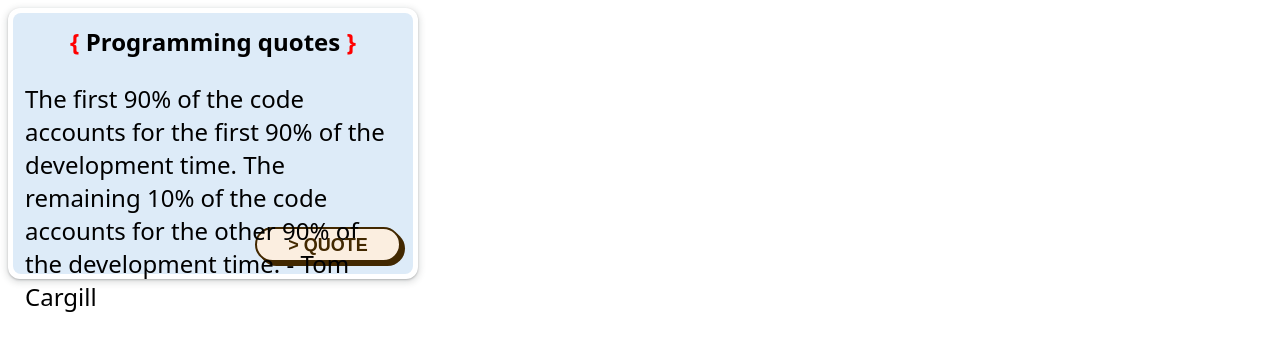
Repository: JasonMorta/programingQuotes-chromeExtension
Page: popup.html
An editor plug-in stored every save of this project. The page is shown before and after the next save, followed by the edit.
The browser window is 1280 px wide. The pictures show the whole page.

Above is the page before, as saved 2023-05-07 14:10:25.

### popup.html
<!DOCTYPE html>
<html lang="en">

<head>
   <meta charset="UTF-8">
<link rel="stylesheet" href="./content.css">
   <meta http-equiv="X-UA-Compatible" content="IE=edge">
   <link rel="stylesheet" href="./buttonStyle.css">
    <script src="./quitesArray.js"></script>

   <meta name="viewport" content="width=device-width, initial-scale=1.0">
   <title>Document</title>

</head>


<body>


 <section class="gee_chat_container">
    <div class="box-container-inner">
      <h1><span>{ </span>Programming quotes <span>}</span></h1>
      <p  class="para"></p>
      <button class="button-74 getQuote" role="button">> QUOTE</button>
    </div>
  </section>





 <script src="./content.js"></script>
</body>

</html>

### content.css
.gee_chat_container {
    box-shadow: 0 1px 2px 0 rgb(60 64 67 / 30%), 0 2px 6px 2px rgb(60 64 67 / 15%);
    max-width: 550px;
    width: 400px;
    border-radius: 12px;
    margin-top: 0;
    padding: 5px;
    position: relative;
    background-color: #fff;

  }

  .box-container {
      border-color: var(--elevation-border-color);
      box-shadow: 0 1px 2px 0 rgb(60 64 67 / 30%), 0 2px 6px 2px rgb(60 64 67 / 15%);
      max-width: 550px;
      width: 400px;
      border-radius: 12px;
      margin-top: 0;
      padding: 5px;
      position: relative;
      background-color: #fff;
    }

    .box-container-inner {
      padding: 0.75rem;
      border-radius: 8px;
      background-color: #ddebf8;
    }

    .box-container-inner h1 {
        font-family: system-ui, -apple-system, BlinkMacSystemFont, "Segoe UI", Roboto, Ubuntu, "Helvetica Neue", sans-serif;
        margin: 0px;
        text-align: center;
    }

    .box-container-inner span {
        color: red;
    }


.para {
    font-size: x-large;
    height: 100px;
    font-family: system-ui, -apple-system, BlinkMacSystemFont, "Segoe UI", Roboto, Ubuntu, "Helvetica Neue", sans-serif;
}

### buttonStyle.css

.button-74 {
    background-color: #fbeee0;
    border: 2px solid #422800;
    border-radius: 30px;
    box-shadow: #422800 4px 4px 0 0;
    color: #422800;
    cursor: pointer;
    font-weight: 600;
    font-size: 18px;
    height: 35px;
    width: 146px;
    padding: 0 15px;
    margin-top: 45px;
    line-height: 50px;
    text-align: center;
    text-decoration: none;
    user-select: none;
    -webkit-user-select: none;
    touch-action: manipulation;
    display: flex;
    flex-direction: column;
    justify-content: center;
    align-items: center;
    margin-left: auto;
}

.button-74:hover {
  background-color: #fff;
}

.button-74:active {
  box-shadow: #422800 2px 2px 0 0;
  transform: translate(2px, 2px);
}

### quitesArray.js
const motivationalQuotes = [
    "The most disastrous thing that you can ever learn is your first programming language. - Alan Kay",
    "You are not a computer programmer, you are a problem solver. - Anonymous",
    "First, solve the problem. Then, write the code. - John Johnson",
    "Code is like humor. When you have to explain it, it’s bad. - Cory House",
    "The sooner you start to code, the longer the program will take. - Roy Carlson",
    "You might not think that programmers are artists, but programming is an extremely creative profession. - John Romero",
    "Programmers are constantly making things more complicated than they need to be because future-proofing is impossible. - Edsger W. Dijkstra",
    "One of the best programming skills you can have is knowing when to walk away for a while. - Oscar Godson",
    "The best code is the code never written. - Anonymous",
    "If you don’t understand how to run an operating system, you shouldn’t be a programmer. - Richard Stallman",
    "It's not at all important to get it right the first time. It's vitally important to get it right the last time. - Andrew Hunt and David Thomas",
    "The goal of a programmer is to simplify the complexity of a problem. - Anonymous",
    "Coding is not just code, that is a live thing to share your life with. - Anonymous",
    "The only way to do great work is to love what you do. - Steve Jobs",
    "Sometimes the best way to learn is to just dive in. - Jon Bonne",
    "The code you write makes you a programmer. The code you delete makes you a good one. - Mario Fusco",
    "Programs must be written for people to read, and only incidentally for machines to execute. - Harold Abelson and Gerald Jay Sussman",
    "We build our computer systems the way we build our cities: over time, without a plan, on top of ruins. - Ellen Ullman",
    "Any fool can write code that a computer can understand. Good programmers write code that humans can understand. - Martin Fowler",
    "To be a programmer is to develop a carefully managed relationship with error. - Ellen Ullman",
    "The best way to learn to code is to code. - Anonymous",
    "Don't worry if it doesn't work right. If everything did, you'd be out of a job. - Mosher's Law of Software Engineering",
    "Sometimes it pays to stay in bed on Monday, rather than spending the rest of the week debugging Monday’s code. - Dan Salomon",
    "There's nothing more permanent than a temporary hack. - Kyle Simpson",
    "The only code worth writing is code that makes your life easier. - Kent Beck",
    "It’s not about what you know, it’s about what you can figure out. - Anonymous",
    "Programming can be fun, so can cryptography; however, they should not be combined. - Kreitzberg and Shneiderman",
    "Walking on water and developing software from a specification are easy if both are frozen. - Edward V. Berard",
    "If you want to be a better programmer, write more code. - Anonymous",
    "Java is to JavaScript as car is to carpet. - Chris Heilmann",
    "Controlling complexity is the essence of computer programming. - Brian Kernighan",
    "Good code is short, simple, and symmetrical - the challenge is figuring out how to get there. - Sean Parent",
    "The most important skill for a programmer is to be able to effectively communicate. - Anonymous",
    "Programs are meant to be read by humans and only incidentally for computers to execute. - Harold Abelson",
    "If you think math is hard, try programming. - Anonymous",
    "Before software can be reusable, it first has to be usable. - Ralph Johnson",
    "If debugging is the process of removing software bugs, then programming must be the process of putting them in. - Edsger Dijkstra",
    "The computer was born to solve problems that did not exist before. - Bill Gates",
    "It's not that I'm so smart, it's just that I stay with problems longer. - Albert Einstein",
    "The best error message is the one that never shows up. - Thomas Fuchs",
    "The best code is no code. - Jeff Atwood",
    "There are only two industries that refer to their customers as 'users'. - Edward Tufte",
    "The trouble with programmers is that you can never tell what a programmer is doing until it’s too late. - Seymour Cray",
    "Talk is cheap. Show me the code. - Linus Torvalds",
    "The difference between theory and practice is that in theory, there is no difference between theory and practice. - Richard Moore",
    "If you optimize everything, you will always be unhappy. - Donald Knuth",
    "A program that produces incorrect results twice as fast is infinitely slower. - John Osterhout",
    "You can’t have great software without a great team, and most software teams behave like dysfunctional families. - Jim McCarthy",
    "If at first you don't succeed, try, try, try again. Then quit. There's no point in being a damn fool about it. - W.C. Fields",
    "If you don’t know what to do, call the debugger. - Anonymous",
    "Make it work, make it right, make it fast. - Kent Beck",
    "I'm not a great programmer; I'm just a good programmer with great habits. - Kent Beck",
    "The best way to predict the future is to invent it. - Alan Kay",
    "Measuring programming progress by lines of code is like measuring aircraft building progress by weight. - Bill Gates",
    "Code never lies, comments sometimes do. - Ron Jeffries",
    "Simplicity is the ultimate sophistication. - Leonardo da Vinci",
    "It's not a bug - it's an undocumented feature. - Anonymous",
    "Programs must be written for people to read, and only incidentally for machines to execute. - Harold Abelson",
    "Computers are good at following instructions, but not at reading your mind. - Donald Knuth",
    "Programming is the art of telling a computer what to do through a series of instructions. - Anonymous",
    "To iterate is human, to recurse divine. - L. Peter Deutsch",
    "Good code is its own best documentation. As you’re about to add a comment, ask yourself, ‘How can I improve the code so that this comment isn’t needed?’ - Steve McConnell",
    "A program is never less than 90% complete, and never more than 95% complete. - Terry Baker",
    "A good programmer is someone who always looks both ways before crossing a one-way street. - Doug Linder",
    "Always code as if the guy who ends up maintaining your code will be a violent psychopath who knows where you live. - Martin Golding",
    "If debugging is the process of removing software bugs, then programming must be the process of putting them in. - Edsger Dijkstra",
    "The only way to do great work is to love what you do. If you haven't found it yet, keep looking. Don't settle. - Steve Jobs",
    "You might not think that programmers are artists, but programming is an extremely creative profession. It's logic-based creativity. - John Romero",
    "If you don’t build your dreams, someone else will hire you to build theirs. - Tony Gaskins",
    "Don’t write better error messages, write code that doesn’t need them. - Jason C. McDonald",
    "If you want to be a good programmer, learn to think outside the box. - Antonis Tsagaris",
    "There are only two hard things in Computer Science: cache invalidation and naming things. - Phil Karlton",
    "Simplicity is the soul of efficiency. - Austin Freeman",
    "The best way to get a project done faster is to start sooner. - Jim Highsmith",
    "Experience is the name everyone gives to their mistakes. - Oscar Wilde",
    "Always code as if the person who ends up maintaining your code is a violent psychopath who knows where you live. - John Woods",
    "If at first you don’t succeed; call it version 1.0. - Anonymous",
    "A language that doesn't affect the way you think about programming is not worth knowing. - Alan J. Perlis",
    "Programmers are constantly making things more complicated than they need to be because future-proofing is impossible. - Edsger W. Dijkstra",
    "The best way to predict the future is to invent it. - Alan Kay",
    "Code is like humor. When you have to explain it, it’s bad. - Cory House",
    "Any fool can write code that a computer can understand. Good programmers write code that humans can understand. - Martin Fowler",
    "The most disastrous thing that you can ever learn is your first programming language. - Alan Kay",
    "Programming isn't about what you know; it's about what you can figure out. - Chris Pine",
    "Programs must be written for people to read, and only incidentally for machines to execute. - Harold Abelson and Gerald Jay Sussman",
    "The best code is no code at all. - Jeff Atwood",
    "If you can't explain it simply, you don't understand it well enough. - Albert Einstein",
    "It's not a bug - it's an undocumented feature. - Anonymous",
    "Every great developer you know got there by solving problems they were unqualified to solve until they actually did it. - Patrick McKenzie",
    "The best thing about a boolean is even if you are wrong, you are only off by a bit. - Anonymous",
    "Programmers are not to be measured by their ingenuity and their logic but by the completeness of their case analysis. - Alan Perlis",
    "Debugging is like being the detective in a crime movie where you are also the murderer. - Filipe Fortes",
    "The first 90% of the code accounts for the first 90% of the development time. The remaining 10% of the code accounts for the other 90% of the development time. - Tom Cargill",
    "Code never lies, comments sometimes do. - Ron Jeffries",
    "Coding is not just code, that is a live thing to serve everyone! - Ming Qian",
    "The only way to learn a new programming language is by writing programs in it. - Dennis Ritchie",
    "Software is a great combination of artistry and engineering. - Bill Gates",
    "Code is a journey, not a destination. - Anonymous",
    "There are two ways to write error-free programs; only the third one works. - Alan J. Perlis"
]

### content.js


let quoteBtn = document.querySelector('.getQuote');
let quote = document.querySelector('.para');
quote.innerHTML = motivationalQuotes[Math.floor(Math.random() * motivationalQuotes.length)];
quoteBtn.addEventListener('click', () => {

    let randomQuote = motivationalQuotes[Math.floor(Math.random() * motivationalQuotes.length)];

    if (randomQuote.length > 140) {
        console.log('randomQuote: ',randomQuote.length)
        quote.style.fontSize = '20px';
    } else {
        quote.style.fontSize = 'x-large';
    }
    quote.innerHTML = randomQuote;
});

After the next save:
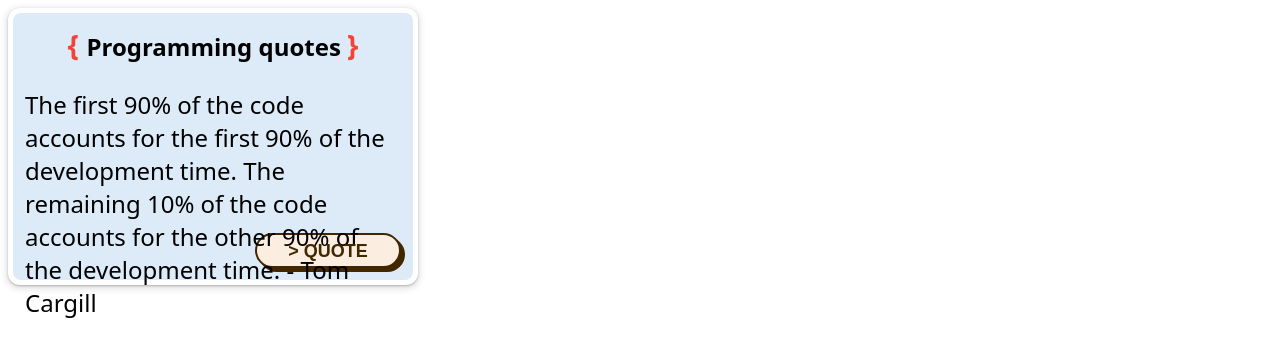
Saved 36 s later.
--- a/content.css
+++ b/content.css
@@ -35,7 +35,8 @@
     }
 
     .box-container-inner span {
-        color: red;
+        font-size: larger;
+        color: #F44336;
     }
 
 
